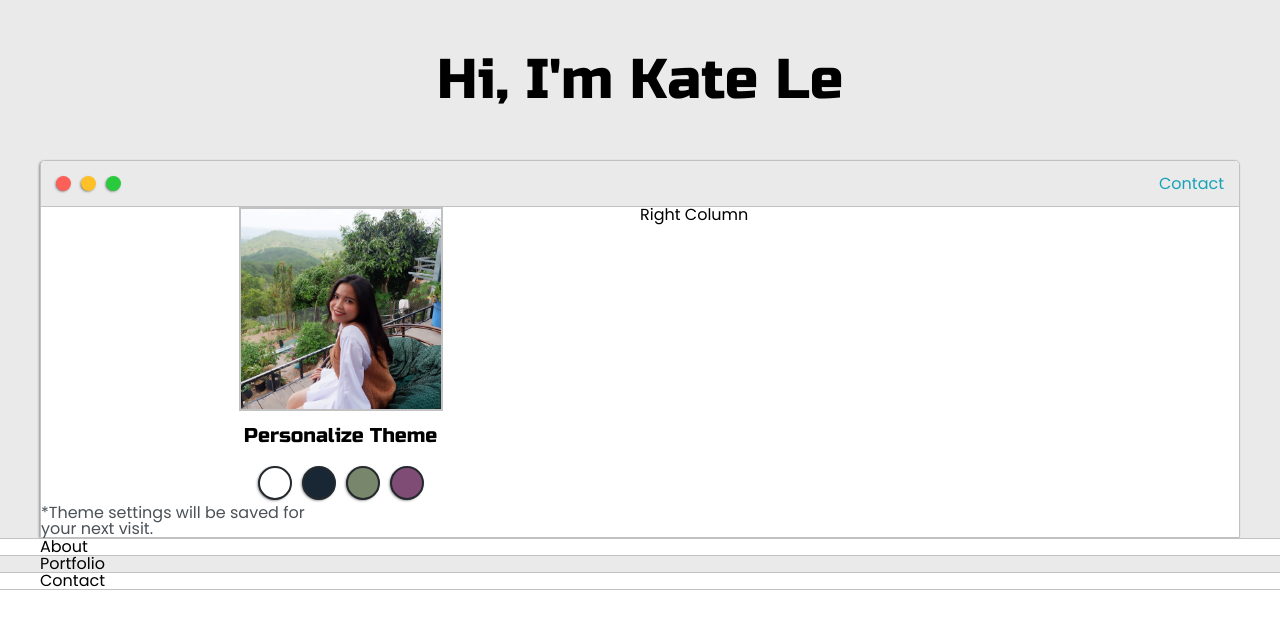
Repository: kate30980/my-persponal-website
Page: index.html
An editor plug-in stored every save of this project. The page is shown before and after the next save, followed by the edit.
The browser window is 1280 px wide. The pictures show the whole page.

Above is the page before, as saved 2021-08-26 21:22:19.

### index.html
<!DOCTYPE html>
<html lang="en">

<head>
    <meta charset="UTF-8">
    <meta http-equiv="X-UA-Compatible" content="IE=edge">
    <meta name="viewport" content="width=device-width, initial-scale=1.0">
    <title>Kate Le</title>
    <link rel="preconnect" href="https://fonts.googleapis.com">
    <link rel="preconnect" href="https://fonts.gstatic.com" crossorigin>
    <link rel="preconnect" href="https://fonts.googleapis.com">
    <link rel="preconnect" href="https://fonts.gstatic.com" crossorigin>
    <link href="https://fonts.googleapis.com/css2?family=Poppins:wght@300;400;600;700&family=Russo+One&display=swap"
        rel="stylesheet">
    <link rel="stylesheet" href="reset.css">
    <link rel="stylesheet" href="main.css">
</head>

<body>

    <section class="s1">
        <div class="main-container">
            <div class="greeting-wrapper">
                <h1>Hi, I'm Kate Le</h1>
            </div>

            <div class="intro-wrapper">
                <div class="nav-wrapper">
                    <div class="dots-wrapper">
                        <div id="dot-1" class="browser-dot"></div>
                        <div id="dot-2" class="browser-dot"></div>
                        <div id="dot-3" class="browser-dot"></div>
                    </div>
                    <ul id="navigation">
                        <li>
                            <a href="#">Contact</a>
                        </li>
                    </ul>
                </div>
                <div class="left-column">
                    <img id="profile-pic" src="./images/IMG_2624.JPG" alt="img-kate">
                    <h5 style="text-align:center;line-height:0; margin: 25px">Personalize Theme</h5>

                    <div id="theme-options-wrapper">
                        <div id="light-mode" class="theme-dot"></div>
                        <div id="blue-mode" class="theme-dot"></div>
                        <div id="green-mode" class="theme-dot"></div>
                        <div id="purple-mode" class="theme-dot"></div>
                    </div>

                    <p id="settings-note">*Theme settings will be saved for <br> your next visit.</p>
                </div>
                <div class="right-column">
                    Right Column
                </div>
            </div>

        </div>
    </section>

    <section class="s2">
        <div class="main-container">
            About
        </div>
    </section>

    <section class="s1">
        <div class="main-container">
            Portfolio
        </div>
    </section>

    <section class="s2">
        <div class="main-container">
            Contact
        </div>
    </section>

</body>

</html>

### main.css
:root {
  --mainText: black;
  --secondaryText: #4b5156;

  --mainColor: #eaeaea;
  --secondaryColor: #fff;

  --borderColor: #c1c1c1;
  --themeDotBorder: #24292e;
}

html,
body {
  padding: 0;
  margin: 0;
  font-family: "Poppins", sans-serif;
}
h1,
h2,
h3,
h4,
h5,
h6,
strong {
  color: var(--mainText);
  font-family: "Russo One", sans-serif;
  font-weight: 500;
}

p,
li,
span,
label,
input,
textarea,
select {
  color: var(--secondaryText);
  font-family: "Poppins", sans-serif;
}
ul {
  list-style: none;
}

a {
  text-decoration: none;
  color: #17a2b8;
}

h1 {
  font-size: 56px;
}
h2 {
  font-size: 36px;
}
h3 {
  font-size: 28px;
}
h4 {
  font-size: 24px;
}
h5 {
  font-size: 20px;
}
h6 {
  font-size: 16px;
}

.s1 {
  background-color: var(--mainColor);
  border-bottom: 1px solid var(--borderColor);
  overflow: auto;
}
.s2 {
  background-color: var(--secondaryColor);
  border-bottom: 1px solid var(--borderColor);
  overflow: auto;
}
.main-container {
  width: 1200px;
  margin: 0 auto;
}
.greeting-wrapper {
  display: grid;
  text-align: center;
  align-content: center;
  min-height: 10em;
}

.intro-wrapper {
  background-color: var(--secondaryColor);
  border: 1px solid var(--borderColor);
  border-radius: 5px 5px 0 0;

  -webkit-box-shadow: -1px 1px 3px -1px rgba(0, 0, 0, 0.75);
  -moz-box-shadow: -1px 1px 3px -1px rgba(0, 0, 0, 0.75);
  box-shadow: -1px 1px 3px -1px rgba(0, 0, 0, 0.75);

  display: grid;
  grid-template-columns: 1fr 1fr;
  grid-template-areas:
    "nav-wrapper nav-wrapper"
    "left-column right-column";
}

#navigation {
  margin: 0;
  padding: 10px;
}
#navigation li {
  display: inline-block;
  margin-right: 5px;
  margin-left: 5px;
}

.dots-wrapper {
  display: flex;
  padding: 10px;
}

#dot-1 {
  background-color: #fc6058;
}
#dot-2 {
  background-color: #fec027;
}
#dot-3 {
  background-color: #2aca3e;
}

.browser-dot {
  background-color: black;
  height: 15px;
  width: 15px;
  border-radius: 50%;
  margin: 5px;

  -webkit-box-shadow: -1px 1px 3px -1px rgba(0, 0, 0, 0.75);
  -moz-box-shadow: -1px 1px 3px -1px rgba(0, 0, 0, 0.75);
  box-shadow: -1px 1px 3px -1px rgba(0, 0, 0, 0.75);
}

.nav-wrapper {
  grid-area: nav-wrapper;
  border-bottom: 1px solid var(--borderColor);
  display: flex;
  justify-content: space-between;
  align-items: center;
  background-color: var(--mainColor);
  border-radius: 5px 5px 0 0;
}
.left-column {
  grid-area: left-column;
}
#profile-pic {
  display: block;
  margin: auto;
  height: 200px;
  width: 200px;
  object-fit: cover;
  border: 2px solid var(--borderColor);
}

#theme-options-wrapper {
  display: flex;
  justify-content: center;
}

.theme-dot {
  height: 30px;
  width: 30px;
  border-radius: 50%;
  background-color: black;

  margin: 5px;
  border: 2px solid var(--themeDotBorder);

  -webkit-box-shadow: -1px 1px 3px -1px rgba(0, 0, 0, 0.75);
  -moz-box-shadow: -1px 1px 3px -1px rgba(0, 0, 0, 0.75);
  box-shadow: -1px 1px 3px -1px rgba(0, 0, 0, 0.75);
  cursor: pointer;
}

.theme-dot:hover {
  border-width: 5px;
}
#light-mode {
  background-color: #fff;
}
#blue-mode {
  background-color: #192734;
}
#green-mode {
  background-color: #78866b;
}
#purple-mode {
  background-color: #7e4c74;
}
.right-column {
  grid-area: right-column;
}

@media screen and (max-width: 1200px) {
  .main-container {
    width: 95%;
  }
}

Loaded but not shown: reset.css (common file)

After the next save:
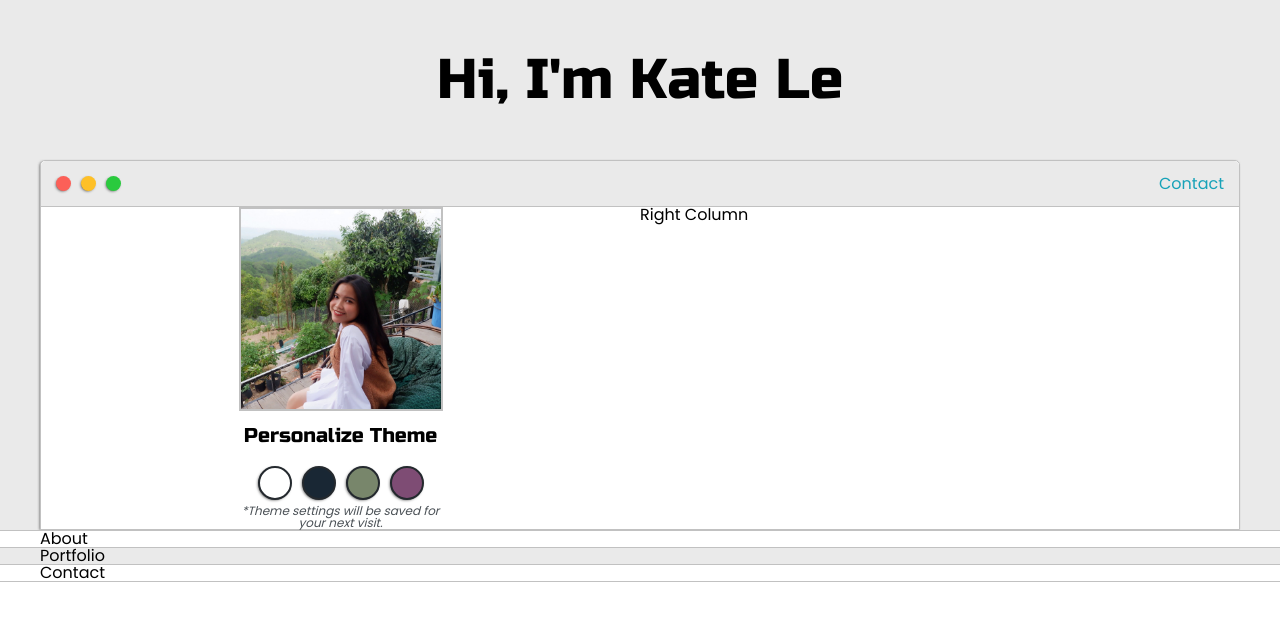
Saved 64 s later.
--- a/main.css
+++ b/main.css
@@ -195,6 +195,12 @@
 #purple-mode {
   background-color: #7e4c74;
 }
+#settings-note {
+  font-size: 12px;
+  font-style: italic;
+  text-align: center;
+}
+
 .right-column {
   grid-area: right-column;
 }
